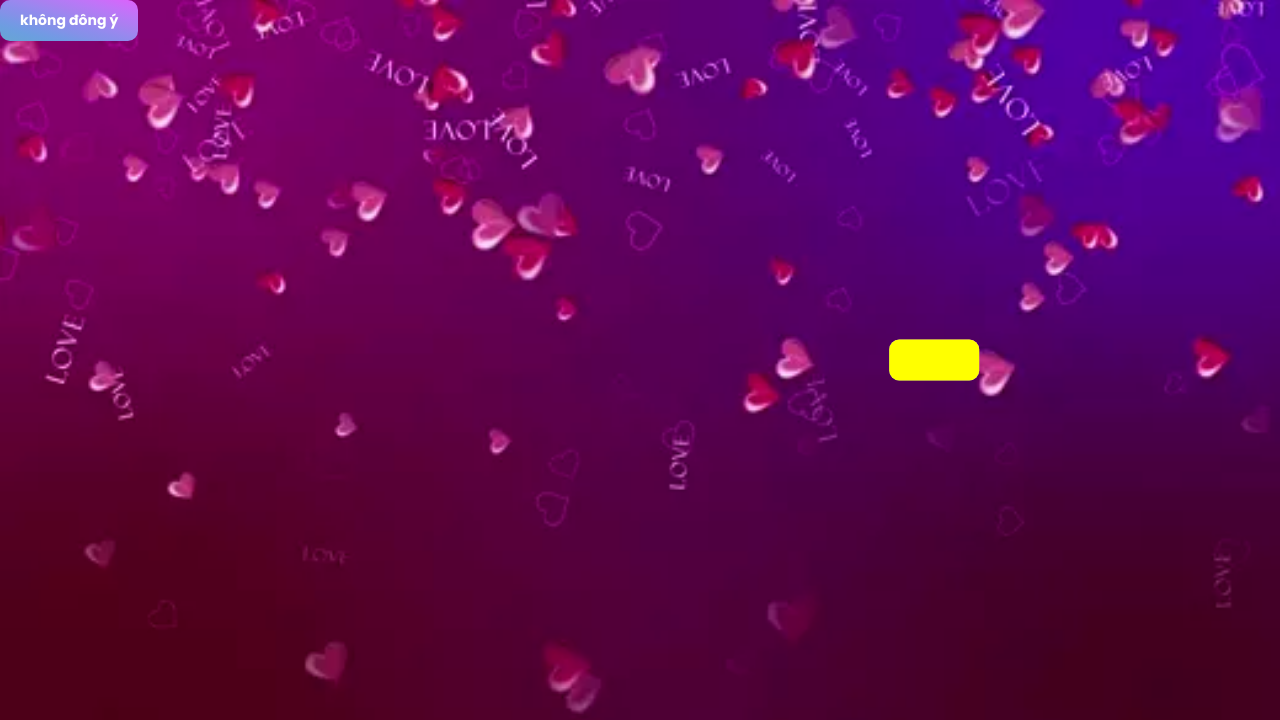
Repository: kuluong2000/love
Page: index.html
The author's editor kept a copy of each file at every save. The page is drawn from the files as they stood at one save, then again after the next save.
The browser window is 1280 px wide. The pictures show the whole page.
The pointer rests on the first visible `.btn`.

Above is the page before, as saved 2022-06-04 22:00:20.

### index.html
<!DOCTYPE html>
<html lang="en">
  <head>
    <meta charset="UTF-8" />
    <meta http-equiv="X-UA-Compatible" content="IE=edge" />
    <meta name="viewport" content="width=device-width, initial-scale=1.0" />
    <link rel="stylesheet" href="app.css" />
    <title>Document</title>
  </head>
  <body>
    <div class="love">
      <button class="love-success btn">Đồng ý</button>
      <button class="love-fail btn">không đông ý</button>
    </div>
  </body>
</html>

### app.css
@import url("https://fonts.googleapis.com/css2?family=Poppins:ital,wght@0,300;0,400;0,500;0,600;0,700;1,300;1,400;1,500;1,600;1,700&display=swap");
* {
  padding: 0;
  margin: 0;
  box-sizing: border-box;
}
body {
  font-family: "Poppins", sans-serif;
}
.love {
  position: relative;
  width: 100%;
  height: 100vh;
  background: url("./image/bg.webp") no-repeat center / cover;
}
.btn {
  position: absolute;
  border: none;
  outline: none;
  cursor: pointer;
  padding: 10px 20px;
  border-radius: 10px;
  background-image: linear-gradient(to right top, #6ba6d1, #69a2d9, #6c9ee0, #7698e5, #8491e8, #8e8cec, #9b87ef, #a980f0, #b57af5, #c273f8, #d06afa, #df5ffb);
  color: white;
  font-size: 14px;
  font-family: "Poppins", sans-serif;
  font-weight: bold;
}
.btn::before {
  content: "";
  position: absolute;
  width: 100%;
  height: 100%;
  top: 0;
  right: 0;
  border-radius: 10px;
  background-color: transparent;
}
.btn:hover::before {
  left: 0;
  background-color: yellow;
}
.love-success {
  right: 20%;
  top: 50%;
  transform: translate(-50%, -50%);
}

After the next save:
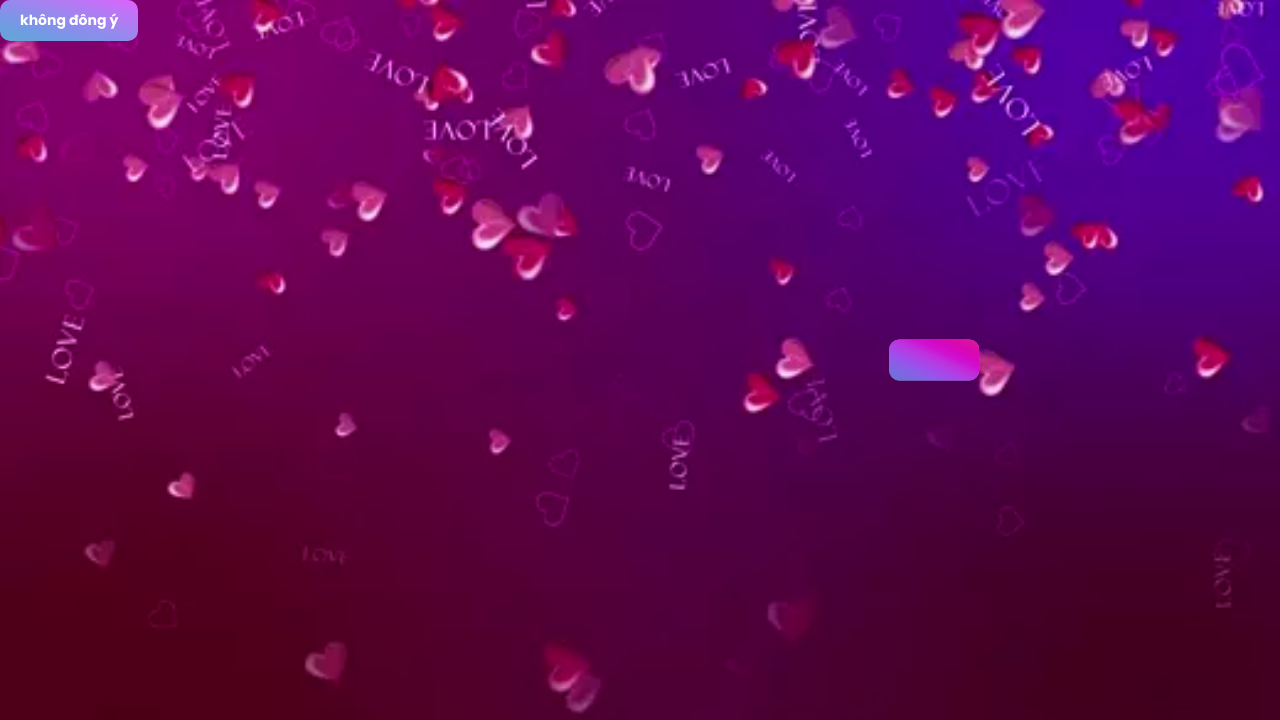
Saved 8 s later.
--- a/app.css
+++ b/app.css
@@ -38,7 +38,7 @@ body {
 }
 .btn:hover::before {
   left: 0;
-  background-color: yellow;
+  background-image: linear-gradient(to right top, #6b74d1, #736ddb, #8065e3, #905ae8, #a34aeb, #b33ee4, #c12ddb, #ce12d2, #d508c1, #d808b0, #da12a1, #d91d93);
 }
 .love-success {
   right: 20%;
